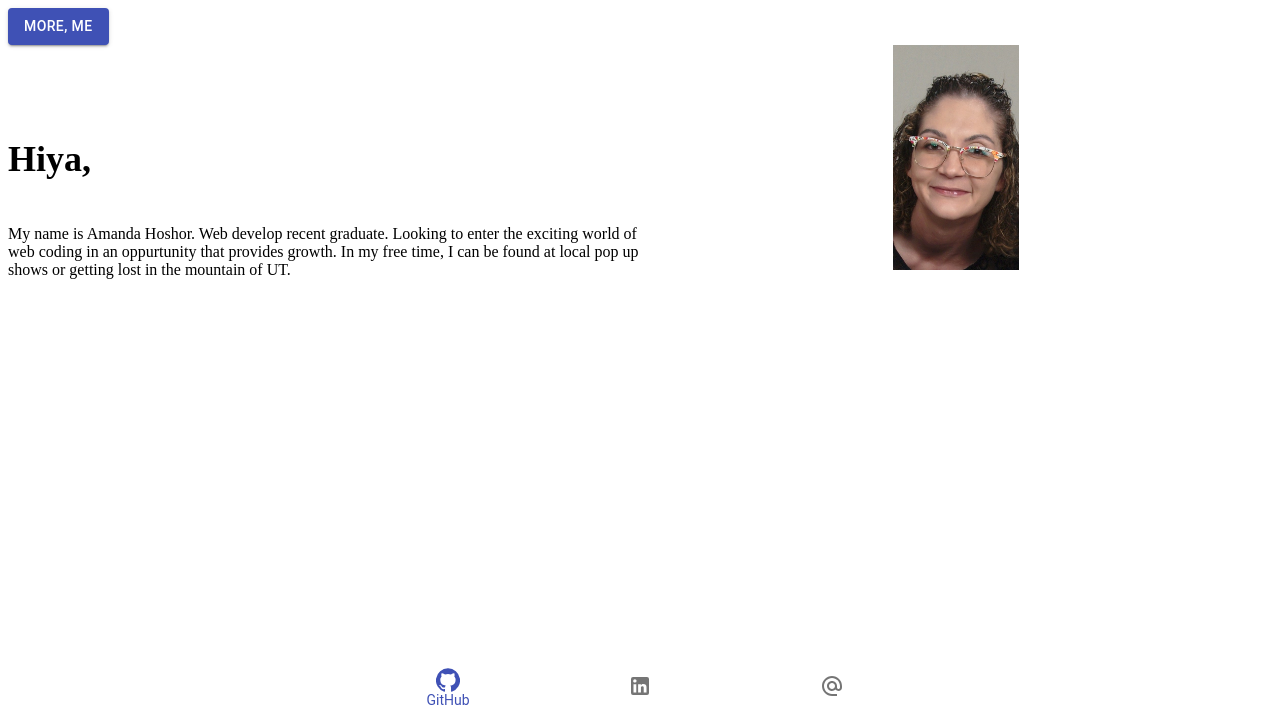
Repository: mandahos/hoshor
Page: /
These files come from the project's save history. The page is drawn as it stood at one moment and after the next save; the edit follows.
The browser window is 1280 px wide. The pictures show the whole page.
The project was rebuilt for these pictures with package versions that can differ from the ones it lists, and the page was loaded fresh each time. Also part of the build but not shown: src/components/Portfolio/index.js, src/components/Resume/index.js. Imported but missing from the stored project, and not drawn on this page: src/assets/resume/Amanda_Hoshor_Resume.PDF, src/assets/resume/Resume_Hoshor (1).pdf.

Above is the page before, as saved 2021-08-17 23:53:58.

After the next save:
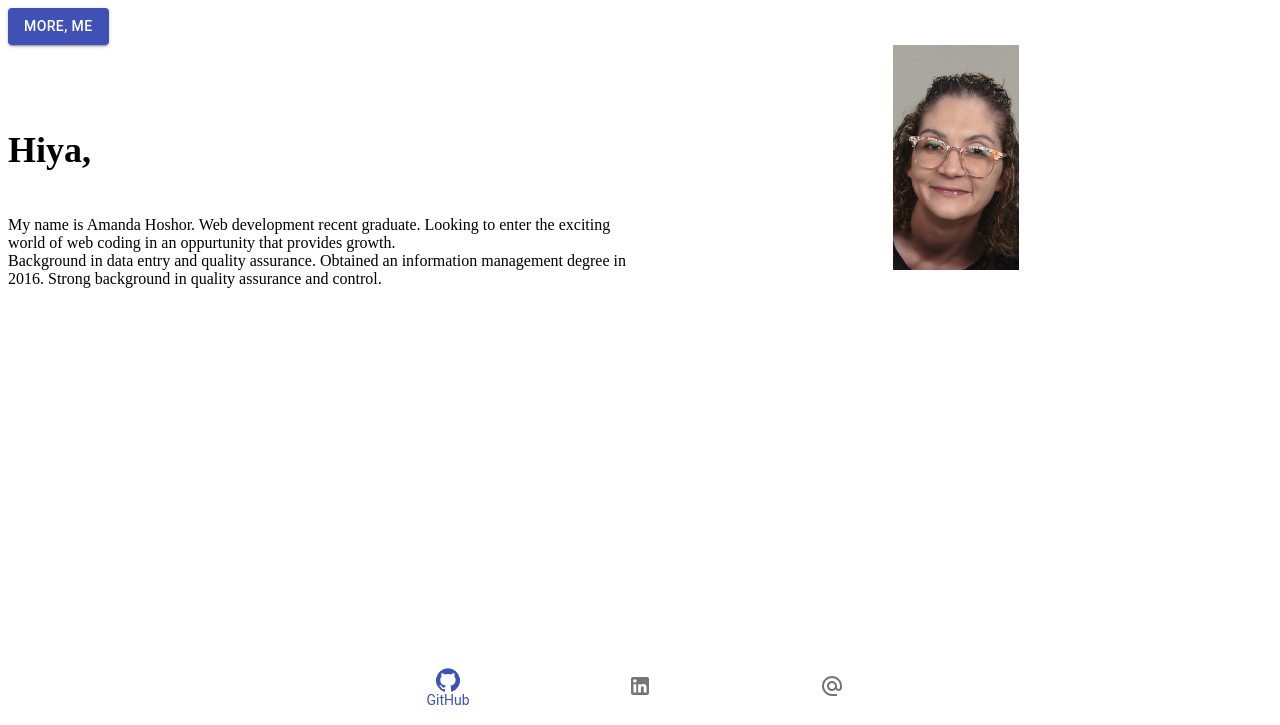
Saved 2 min 41 s later.
--- a/src/components/Me/index.js
+++ b/src/components/Me/index.js
@@ -48,7 +48,9 @@ export default function CallToActionWithVideo() {
 
           </Heading>
           <Text color={'black.500'}>
-            My name is Amanda Hoshor. Web develop recent graduate. Looking to enter the exciting world of web coding in an oppurtunity that provides growth. In my free time, I can be found at local pop up shows or getting lost in the mountain of UT.
+            My name is Amanda Hoshor. Web development recent graduate. Looking to enter the exciting world of web coding in an oppurtunity that provides growth.
+            <br/>
+            Background in data entry and quality assurance. Obtained an information management degree in 2016. Strong background in quality assurance and control.
           </Text>
           <Stack
             spacing={{ base: 4, sm: 6 }}
